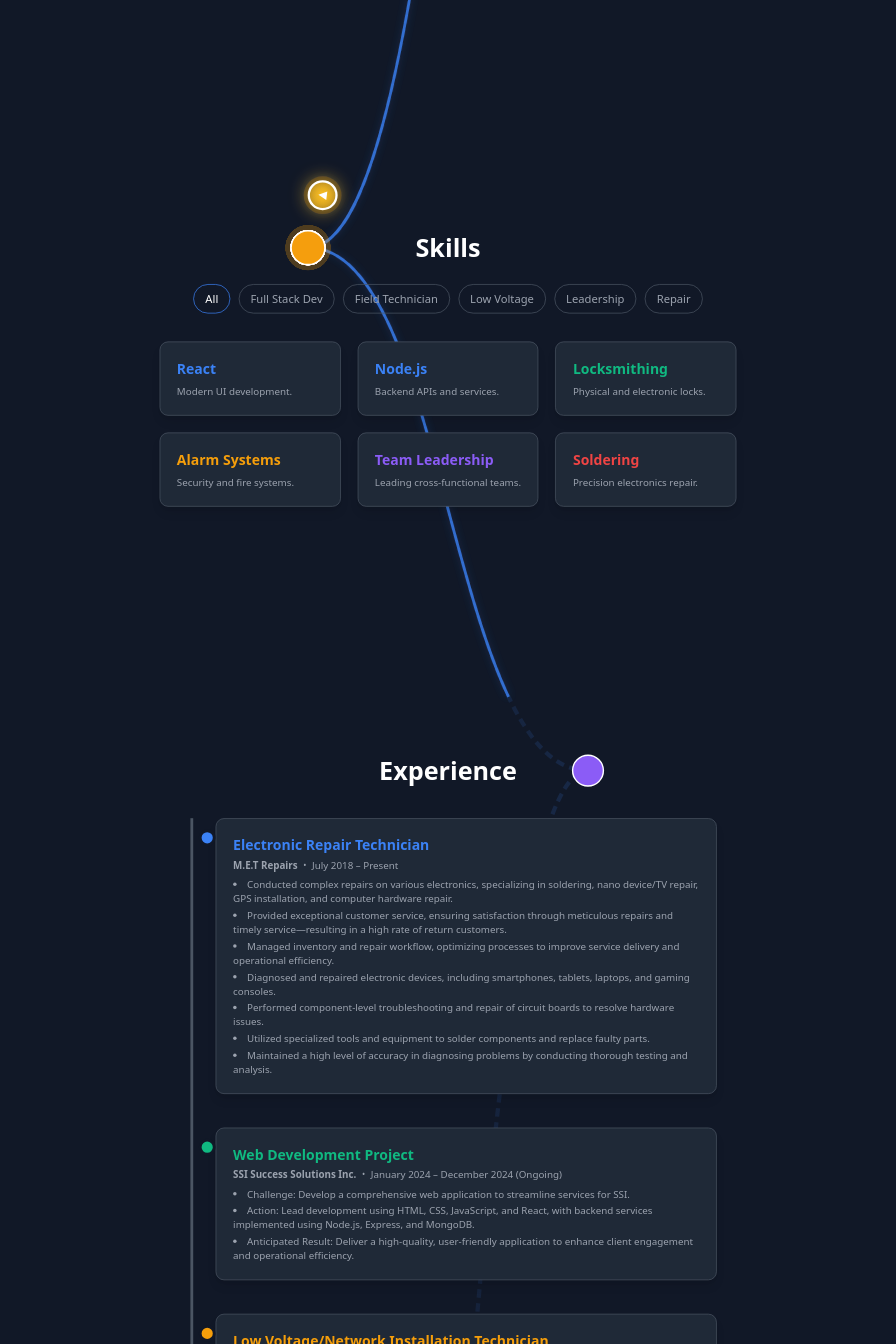
Repository: Mrguru2024/MyResumeSite
Page: /
The author's editor kept a copy of each file at every save. The page is drawn from the files as they stood at one save, then again after the next save.
The browser window is 1280 px wide. The pictures show the part of the page from y = 2077 to 3997 px (the page is 8849 px tall before and 9263 px after), at 70% of full size.
The project was rebuilt for these pictures with package versions that can differ from the ones it lists, and the page was loaded fresh each time. The framework's server and built-in components were replaced by stand-ins that run in the browser. Also part of the build but not shown: next.config.mjs.

Above is the page before, as saved 2025-05-11 17:50:37.

After the next save:
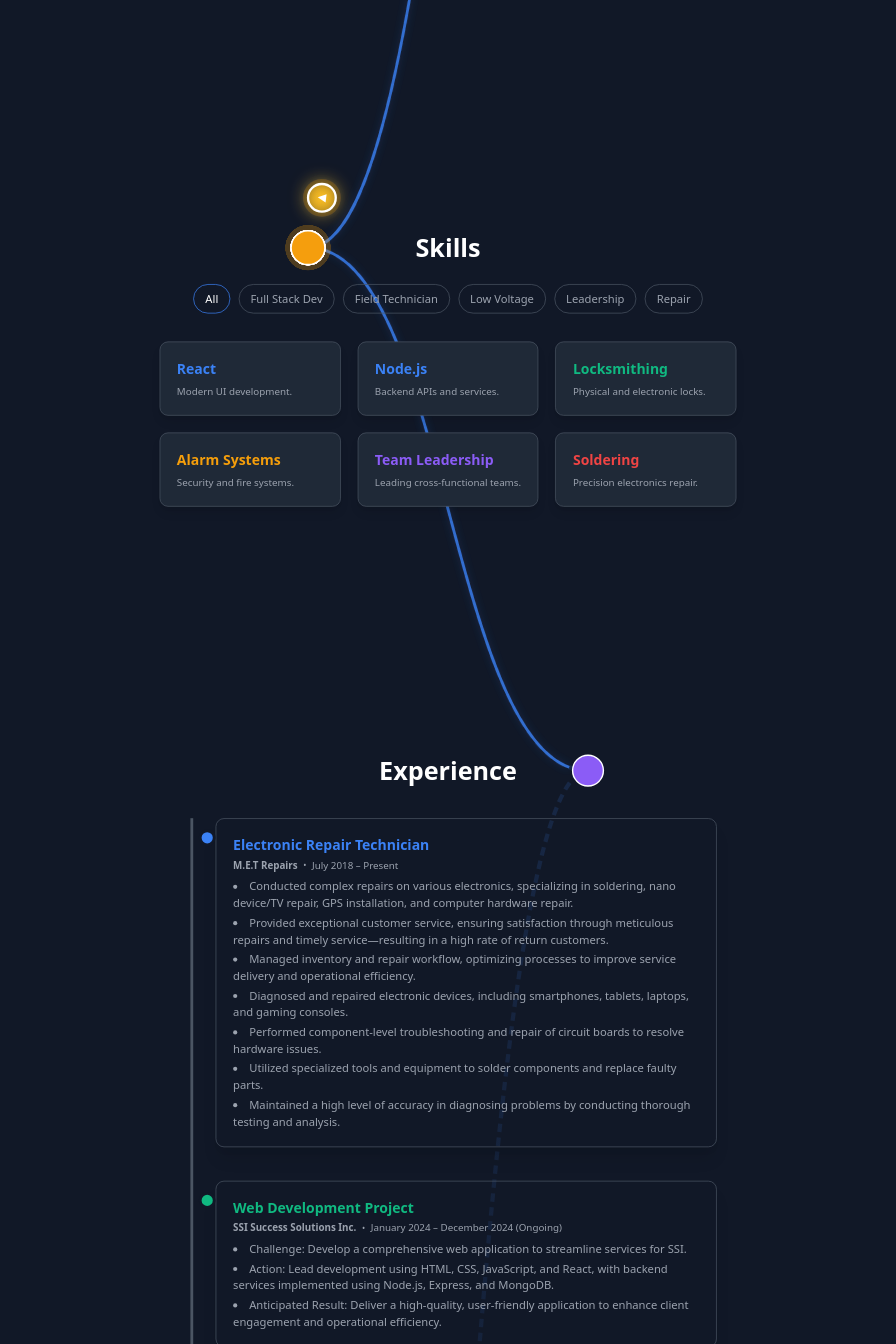
Saved 17 min 4 s later.
--- a/src/components/sections/Experience/index.tsx
+++ b/src/components/sections/Experience/index.tsx
@@ -122,10 +122,10 @@
                   )}
                   aria-hidden="true"
                 />
-                <div className="bg-card-bg border border-card-border rounded-xl p-6 shadow-lg">
+                <div className="bg-white/90 dark:bg-background-dark/90 border border-card-border rounded-xl p-6 shadow-xl">
                   <h3
                     className={cn(
-                      "text-xl font-bold mb-1",
+                      "text-xl font-bold mb-1 text-text-primary",
                       `text-${exp.color}`
                     )}
                   >
@@ -140,7 +140,7 @@
                       {exp.dates}
                     </span>
                   </div>
-                  <ul className="list-disc list-inside text-text-secondary text-sm space-y-1">
+                  <ul className="list-disc list-inside text-text-secondary text-[15px] font-medium space-y-1">
                     {exp.responsibilities.map((item, i) => (
                       <li key={i}>{item}</li>
                     ))}

After the save that followed:
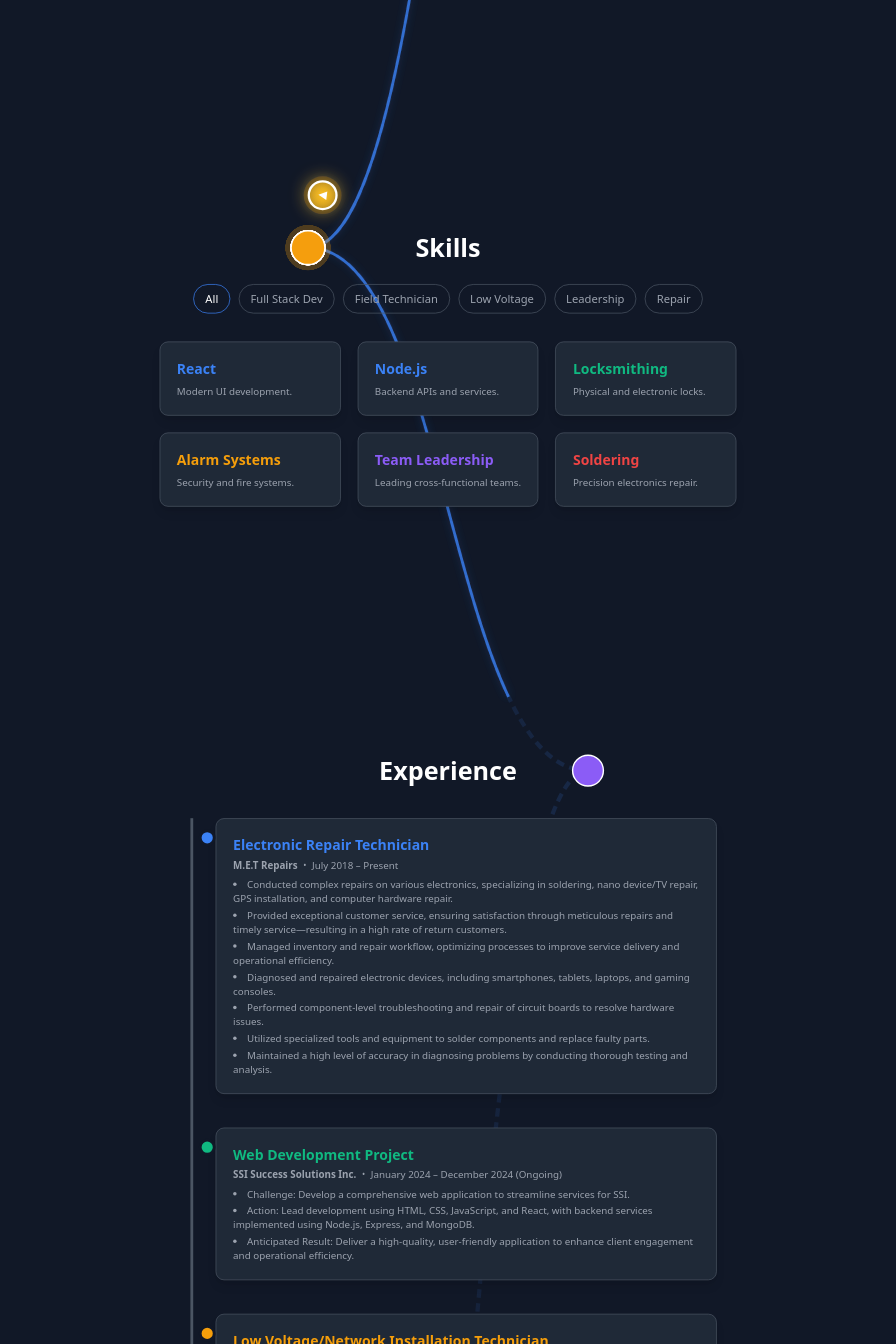
Saved 16 s later.
--- a/src/components/sections/Experience/index.tsx
+++ b/src/components/sections/Experience/index.tsx
@@ -122,10 +122,10 @@
                   )}
                   aria-hidden="true"
                 />
-                <div className="bg-white/90 dark:bg-background-dark/90 border border-card-border rounded-xl p-6 shadow-xl">
+                <div className="bg-card-bg border border-card-border rounded-xl p-6 shadow-lg">
                   <h3
                     className={cn(
-                      "text-xl font-bold mb-1 text-text-primary",
+                      "text-xl font-bold mb-1",
                       `text-${exp.color}`
                     )}
                   >
@@ -140,7 +140,7 @@
                       {exp.dates}
                     </span>
                   </div>
-                  <ul className="list-disc list-inside text-text-secondary text-[15px] font-medium space-y-1">
+                  <ul className="list-disc list-inside text-text-secondary text-sm space-y-1">
                     {exp.responsibilities.map((item, i) => (
                       <li key={i}>{item}</li>
                     ))}
